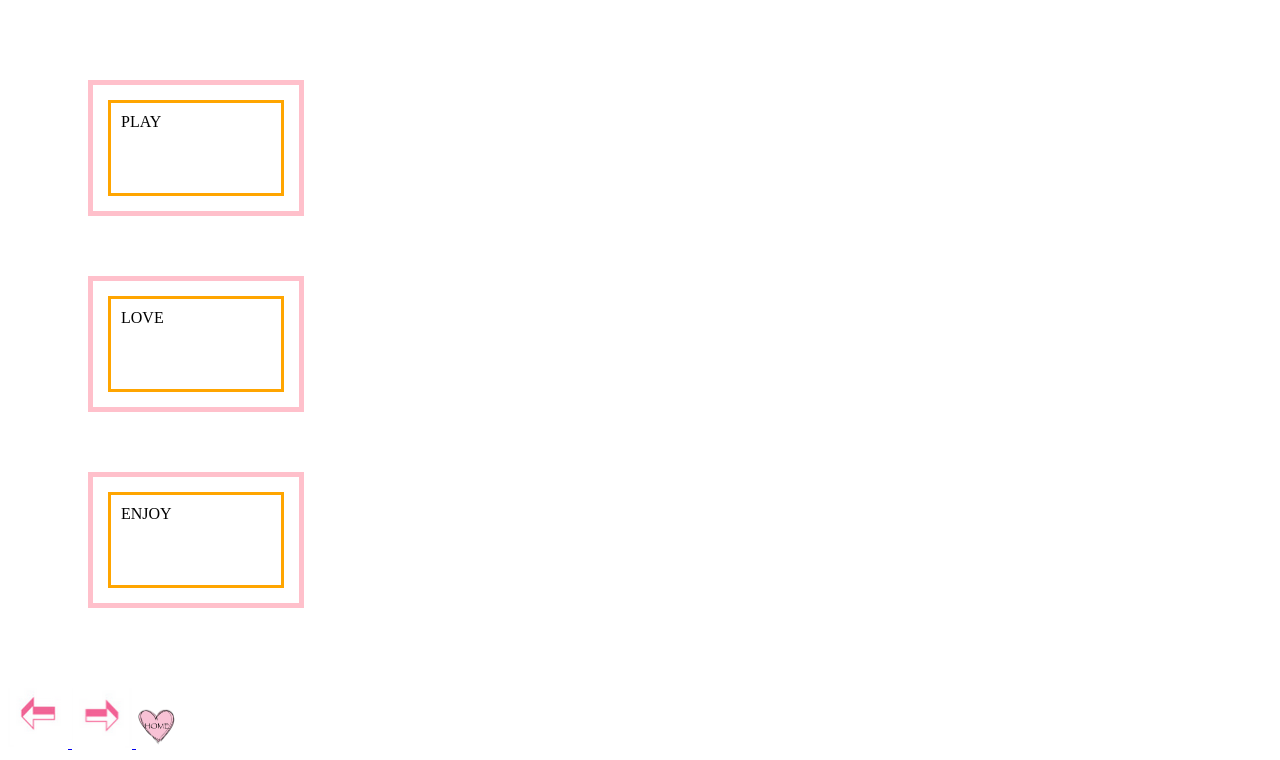
Repository: hyereechoi/hyereechoi.github.io
Page: h2.html
The author's editor kept a record of every edit. The page is drawn from the files as they stood at one moment, then again after the next edit.
The browser window is 1280 px wide. The pictures show the whole page.

Above is the page before.

### h2.html
<!DOCTYPE html>
<html>
<head>
<style>
div {
    margin: 20px;
    width: 150px;
    padding: 10px;
    height: 70px;
    border: 3px solid black;
    outline: 5px solid red;
    outline-offset: 15px;
}
</style>
</head>
<body>


<div> PLAY </div>

<style>
div {
    margin: 100px;
    width: 150px;
    padding: 10px;
    height: 70px;
    border: 3px solid orange;
    outline: 5px solid red;
    outline-offset: 15px;
}
</style>
</head>
<body>


<div>LOVE </div>

<style>
div {
    margin: 100px;
    width: 150px;
    padding: 10px;
    height: 70px;
    border: 3px solid orange;
    outline: 5px solid pink;
    outline-offset: 15px;
}
</style>
</head>
<body>


<div>ENJOY </div>


<a href="h1.html">
<img src="pre.jpg" style="width:60px;height:60px;border:0">
</a>



<a href="h3.html">
<img src="next.jpg" style="width:60px;height:60px;border:0">
</a>

<a href="index.html">
<img src="home.jpg" style="width:42px;height:42px;border:0">
</a>


</body>
</html>

After the next edit:
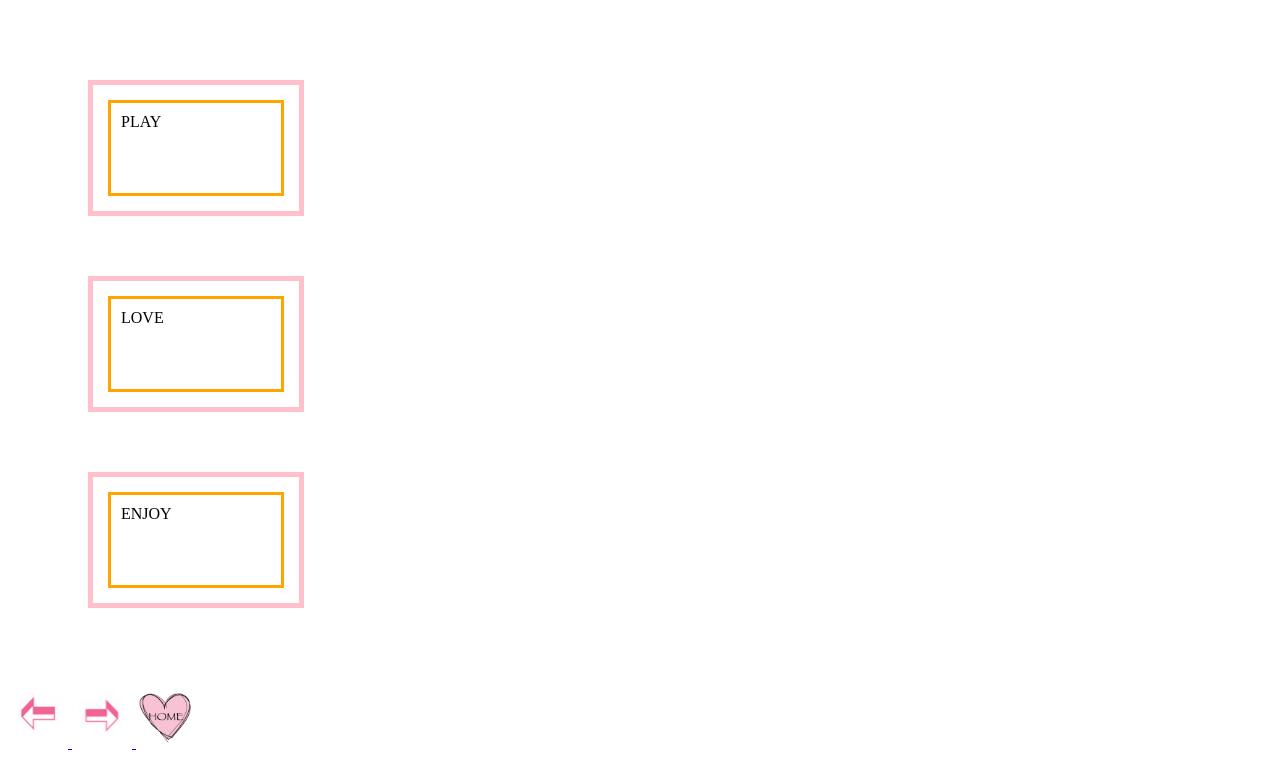
The edit:
--- a/h2.html
+++ b/h2.html
@@ -64,7 +64,7 @@
 </a>
 
 <a href="index.html">
-<img src="home.jpg" style="width:42px;height:42px;border:0">
+<img src="home.jpg" style="width:60px;height:60px;border:0">
 </a>
 
 
